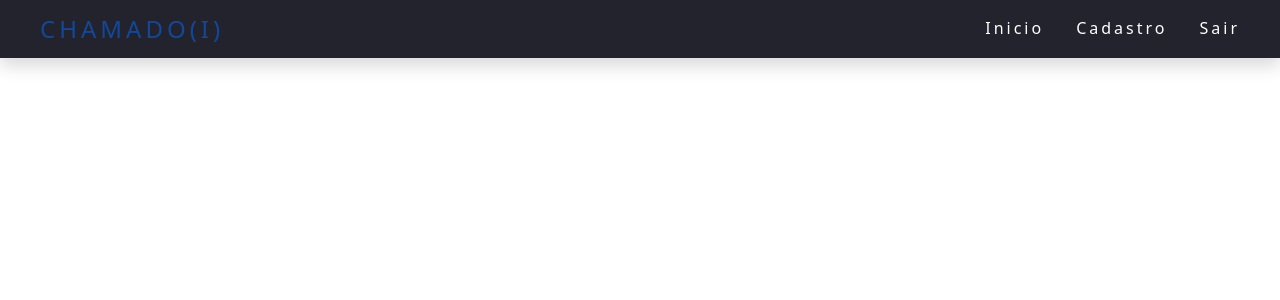
Repository: isaquemc2001/isaque-utilities
Page: index.html
An editor plug-in stored every save of this project. The page is shown before and after the next save, followed by the edit.
The browser window is 1280 px wide. The pictures show the whole page.
The pointer rests on the first visible `a`.

Above is the page before, as saved 2021-10-28 11:50:11.

After the next save:
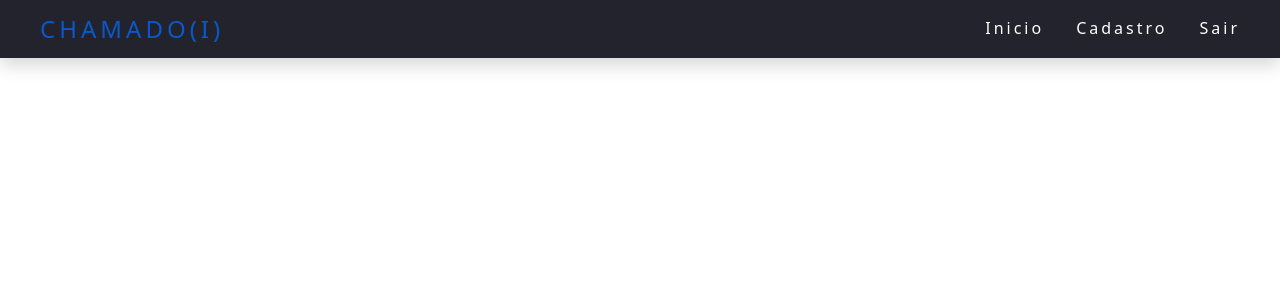
Saved 15 s later.
--- a/style.css
+++ b/style.css
@@ -10,7 +10,7 @@ a {
 }
 
 a:hover {
-    opacity: 0.7;
+
 }
 
 .logo {
